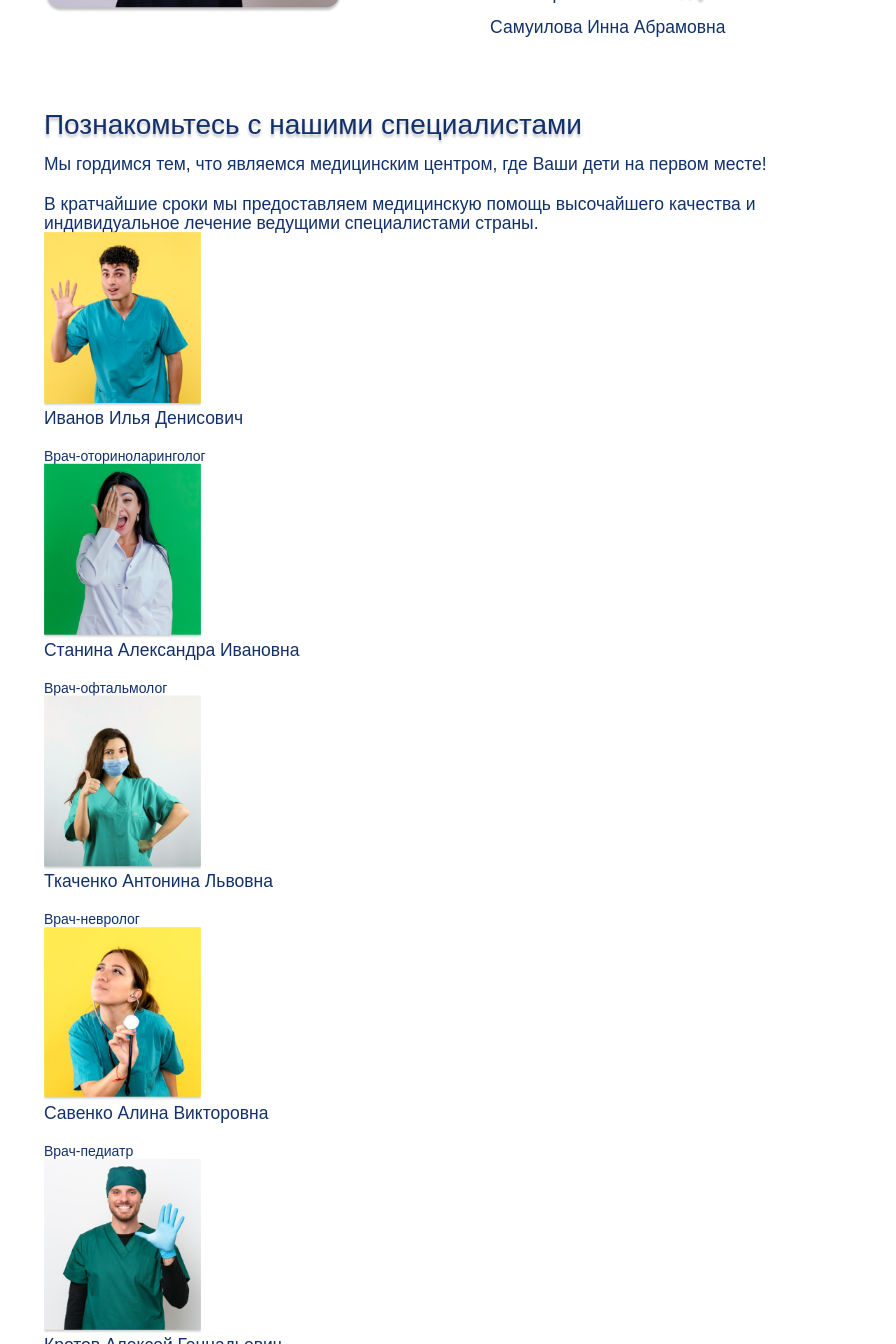
Repository: Normandy72/Landing-Page-Happy-Child
Page: index.html
The author's editor kept a copy of each file at every save. The page is drawn from the files as they stood at one save, then again after the next save.
The browser window is 1280 px wide. The pictures show the part of the page from y = 3361 to 5281 px (the page is 8848 px tall before and 8608 px after), at 70% of full size.
Some web fonts or font styles are not loaded; a fallback is used.

Above is the page before, as saved 2022-11-12 18:32:47.

After the next save:
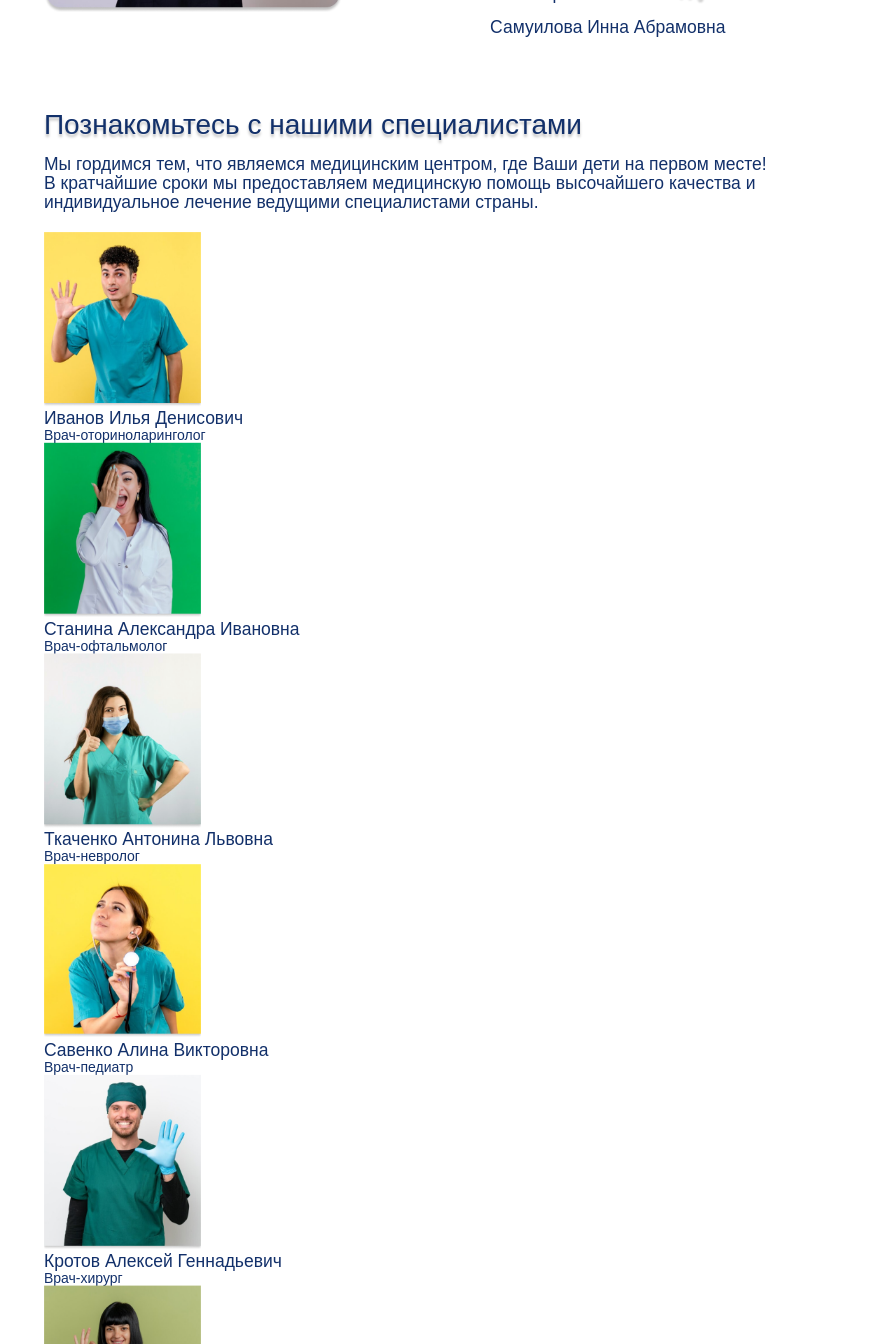
Saved 13 s later.
--- a/styles/section_doctors.css
+++ b/styles/section_doctors.css
@@ -2,6 +2,6 @@
     padding-bottom: 22px;
 }
 
-.section__doctors h5:nth-child(2){
+.section__doctors h5:nth-child(3){
     padding-bottom: 30px;
 }
